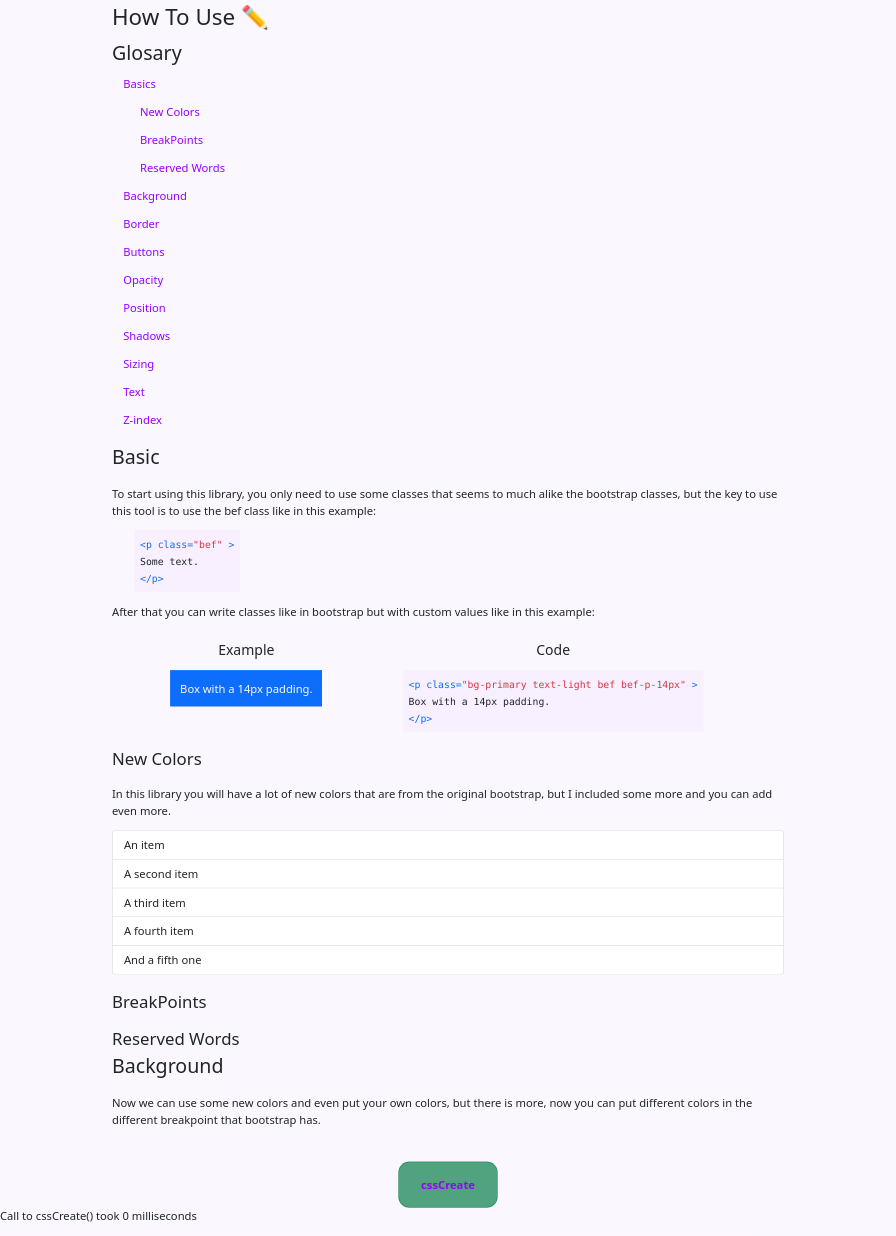
Repository: LynxPardelle/bootstrap-expanded-features
Page: index.html
These files come from the project's save history. The page is drawn as it stood at one moment and after the next save; the edit follows.
The browser window is 1280 px wide. The pictures show the part of the page from y = 1006 to 2926 px (the page is 2771 px tall before and 2926 px after), at 70% of full size.

Above is the page before, as saved 2022-01-02 05:52:36.

After the next save:
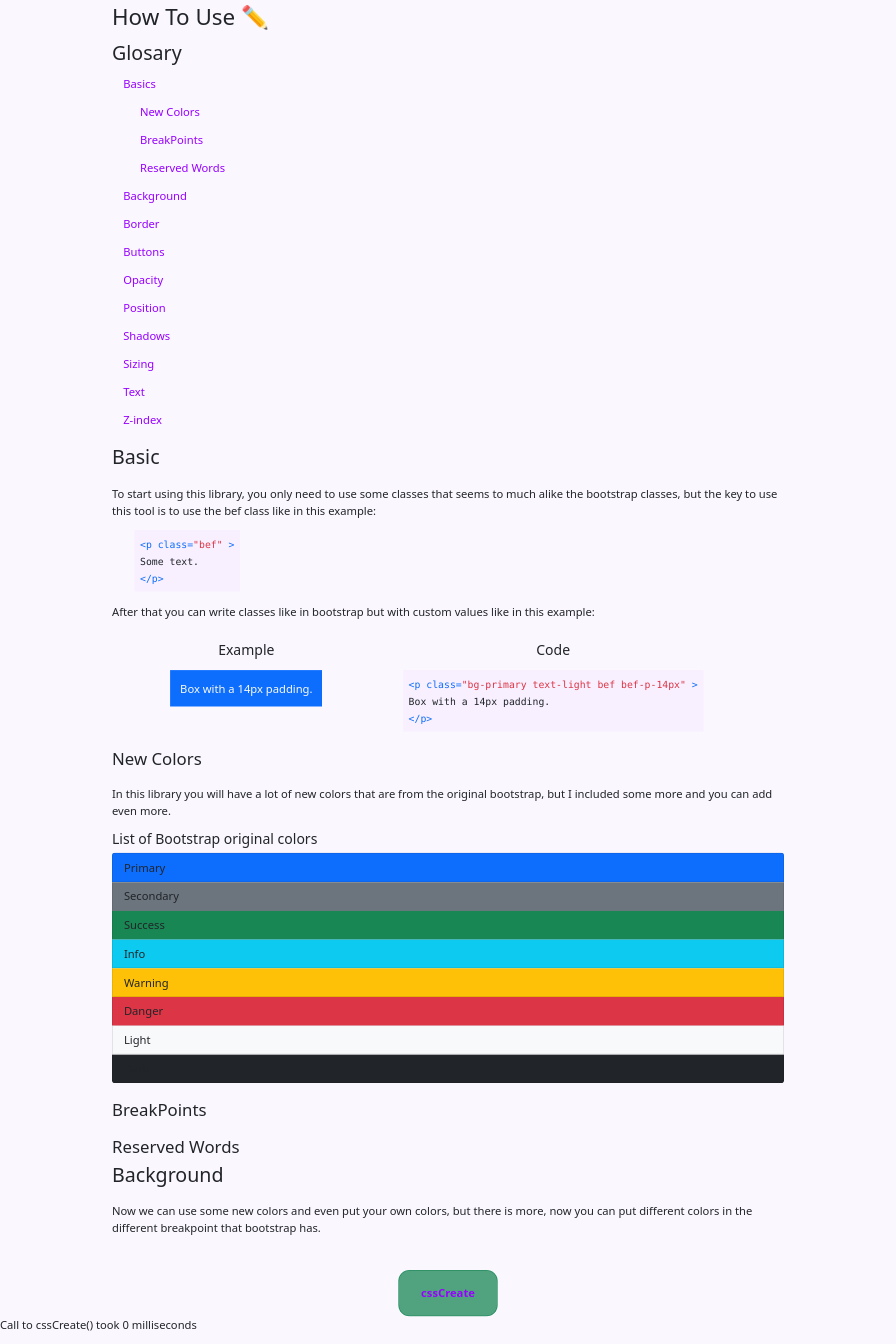
Saved 2 min 15 s later.
--- a/index.html
+++ b/index.html
@@ -320,12 +320,16 @@
               the original bootstrap, but I included some more and you can add
               even more.
             </p>
+            <h5>List of Bootstrap original colors</h5>
             <ul class="list-group">
-              <li class="list-group-item">An item</li>
-              <li class="list-group-item">A second item</li>
-              <li class="list-group-item">A third item</li>
-              <li class="list-group-item">A fourth item</li>
-              <li class="list-group-item">And a fifth one</li>
+              <li class="list-group-item bg-primary">Primary</li>
+              <li class="list-group-item bg-secondary">Secondary</li>
+              <li class="list-group-item bg-success">Success</li>
+              <li class="list-group-item bg-info">Info</li>
+              <li class="list-group-item bg-warning">Warning</li>
+              <li class="list-group-item bg-danger">Danger</li>
+              <li class="list-group-item bg-light">Light</li>
+              <li class="list-group-item bg-dark">Dark</li>
             </ul>
             <!-- BREAKPOINTSBASICHTU -->
             <a id="bpsBasicHTU"></a>
